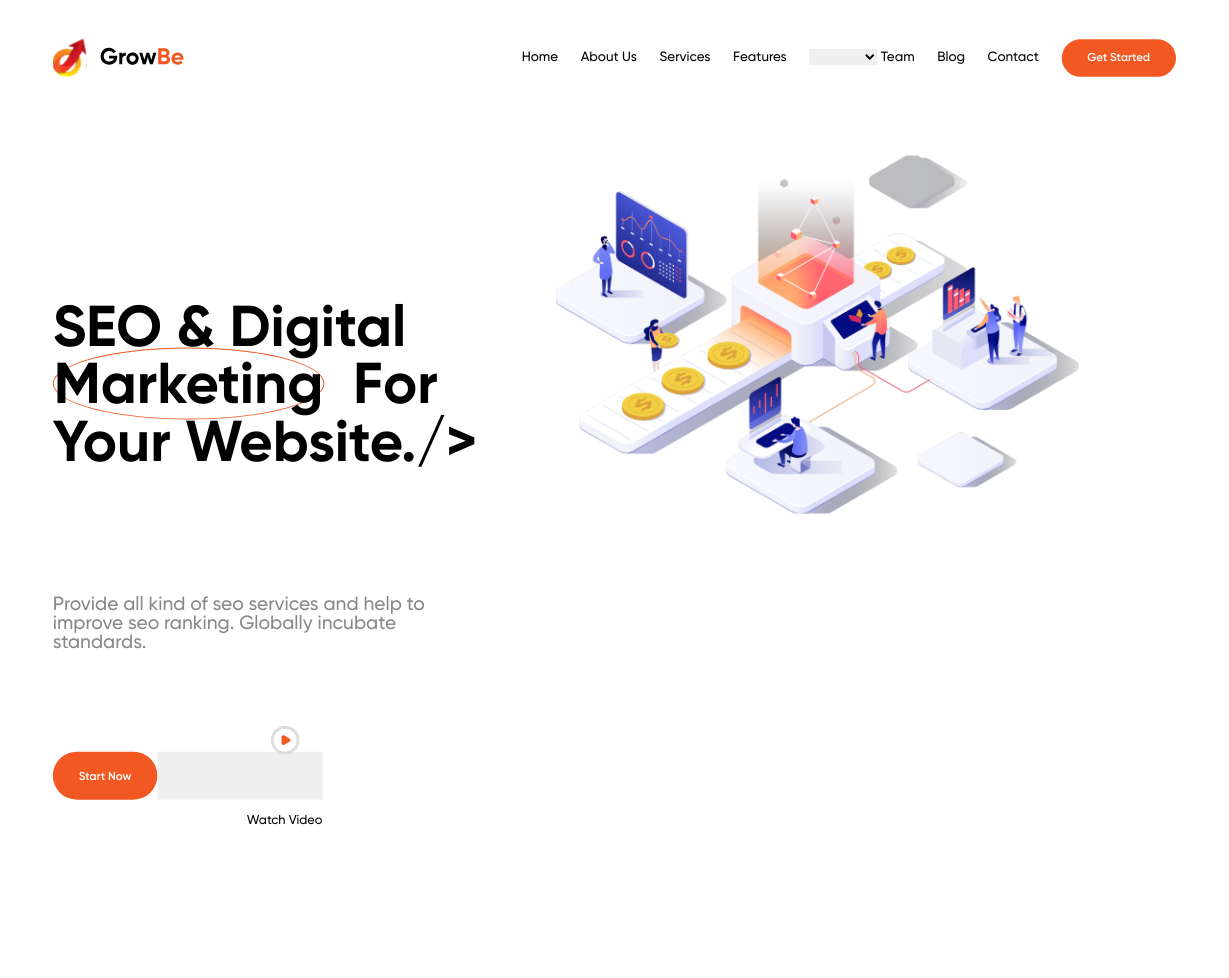
Repository: Alekseiy1980/GrowBe
Page: index.html
These files come from the project's save history. The page is drawn as it stood at one moment and after the next save; the edit follows.
The browser window is 1280 px wide. The pictures show the part of the page from y = 0 to 1019 px (the page is 1940 px tall), at 96% of full size.
A picture or video elsewhere on the page could not be fetched, so the positions and the page height are approximate.

Above is the page before, as saved 2024-01-21 14:21:03.

### index.html
<!DOCTYPE html>
<html lang="en">
<head>
    <meta charset="UTF-8">
    <meta name="viewport" content="width=device-width, initial-scale=1.0">

    <link rel="stylesheet" href="css/reset.css">
    <link rel="stylesheet" href="css/style.css">
    <title>GrowBe</title>
</head>
<body>
    <header>
        <div class="menu_bar">
            <div class="logo">
                <a class="logo-link" href="#">
                    <img src="/img/Logo.svg"  />
                </a>
            </div>
            <nav>
                <a class="menu menu_activ" href="@">Home</a>
                <a class="menu" href="@"> About Us</a>
                <a class="menu" href="@">Services</a>
                <label class="menu menu_label" for="pet-select">Features</label>
                    <select name="pets" id="pet-select">
                    <option value=""></option>
                    <option value="dog">Dog</option>
                    <option value="cat">Cat</option>
                    <option value="hamster">Hamster</option>
                    <option value="parrot">Parrot</option>
                    <option value="spider">Spider</option>
                    <option value="goldfish">Goldfish</option>
                    </select>

                <a class="menu" href="@">Team</a>
                <a class="menu" href="@">Blog</a>
                <a class="menu" href="@">Contact</a>
                <button class="btn_menu" type="button">Get Started</button>
            </nav>
        </div>


        <div class="home_meta">
            <div class="home_content">
                <div class="home_title">
                    <h1>SEO & Digital <span class="creat">Marketing</span>  For Your Website./>
                </div>
            <div class="sub_title">
                <p>Provide all kind of seo services and help to improve seo ranking. Globally incubate standards.</p>
            </div>
            <div class="btn_meta">
                <button class="btn_menu" type="button">Start Now</button>
                <button class="btn_video" type="button">
                    <div class="conteiner_btn">
                        <div class="comteiner_img">
                            <img class="btn_img"
                            src="img/play.svg"
                            alt="play"
                            />
                        </div>
                        <div class="comteiner_txt">
                            Watch Video
                        </div>
                    </div>

                    </button>
            </div>
            </div>
            <div class="home_img">
                <img  src="img/home_Image.png" alt="">
            </div>
        </div>
        <div class="brend">
            <a href="#" class="brebd_logo" ><img class="brebd_logo-img" src="img/1.svg" alt=""></a>
            <a href="#" class="brebd_logo" ><img class="brebd_logo-img" src="img/6.svg" alt=""></a>
            <a href="#" class="brebd_logo" ><img class="brebd_logo-img" src="img/3.svg" alt=""></a>
            <a href="#" class="brebd_logo" ><img class="brebd_logo-img" src="img/4.svg" alt=""></a>
            <a href="#" class="brebd_logo" ><img class="brebd_logo-img" src="img/5.svg" alt=""></a>
            <a href="#" class="brebd_logo" ><img class="brebd_logo-img" src="img/6.svg" alt=""></a>
        </div>
    </header>
</body>
</html>

### css/reset.css

* {
    padding: 0;
    margin: 0;
    border: 0;
}

*,
*::before,
*::after {
    -moz-box-sizing: border-box;
    -webkit-box-sizing: border-box;
    box-sizing: border-box;
}

:focus,
:active {
    outline: none;
}

a:focus,
a:active {
    outline: none;
}

nav,
footer,
header,
aside {
    display: block;
}

html,
body {
    height: 100%;
    width: 100%;
    font-size: 100%;
    line-height: 1;
    font-size: 14px;
    -ms-text-size-adjust: 100%;
    -moz-text-size-adjust: 100%;
    -webkit-text-size-adjust: 100%;
}

input,
button,
textarea {
    font-family: inherit;
}

input::-ms-clear {
    display: none;
}

button {
    cursor: pointer;
}

button::-moz-focus-inner {
    padding: 0;
    border: 0;
}

a,
a:visited {
    text-decoration: none;
}

a:hover {
    text-decoration: none;
}

ul li {
    list-style: none;
}

img {
    vertical-align: top;
}

h1,
h2,
h3,
h4,
h5,
h6 {
    font-size: inherit;
    font-weight: 400;
}

### css/style.css
@font-face {
	font-family: 'Gilroy-Bold';
	src: url(/fonts/Gilroy-Bold.ttf);
}


@font-face {
	font-family: 'Gilroy-Medium';
	src: url(/fonts/Gilroy-Medium.ttf);
}
@font-face{
    font-family: 'Gilroy_Regular';
    src: url(/fonts/Gilroy-Regular.ttf);
}

@font-face{
    font-family: 'Gilroy-SemiBold';
    src: url(/fonts/Gilroy-SemiBold.ttf);
}
body{
    font-family: Gilroy-Medium;
    font-size: 14px;
    font-weight: 400;
    background: #FFF;

}

header {
    width: 1170px;
    margin: 0 auto;
}


.menu_bar{
    display: flex;
    justify-content: space-between;
    align-items: center;
    margin-top: 40px;
    height: 40px;
}

.logo{
    width: 137px;

}

.menu{
    display: inline-block;
    color: #000;
    padding-top: 11px;
    padding-bottom: 12px;
    margin-right: 20px;

}

.menu:hover{
    color: #F25822;
    font-family: Gilroy-SemiBold;
}

.btn_menu{
    color: #FFF;
    font-family: Gilroy-SemiBold;
    font-size: 12px;
    border-radius: 30px;
    background: #F25822;
    padding:12px 27px 13px;
}

.btn_menu:hover{
    background: #f84504;
}


.home_meta{
    margin-top: 82px;
    margin-bottom:162px ;
    display: flex;
    width: 1170px;
}

.home_content{
    white-space: pre-wrap;
    width: 522px;
    margin-bottom: 17px;
    padding-right: 40px;

}

.home_title{
    color: #000;
    font-family: Gilroy-Bold;
    font-size: 60px;

}

.creat{
    border-radius: 50%;
    border: 1px solid #F25822;
    -webkit-border-radius: 50%;
    -moz-border-radius: 50%;
    -ms-border-radius: 50%;
    -o-border-radius: 50%;
}

.sub_title{
    color: #888;
    font-size: 20px;
    padding-right: 36px;
    margin-bottom: 37px;
}

.home_ing{
    width: 544px;
}
.btn_meta{
    display: flex;
    width: 302px;
    height: 50px;
}
.btn_video{
    display: flex;
    align-items: center;
}
.btn_img{
    height: 30px;
}

After the next save:
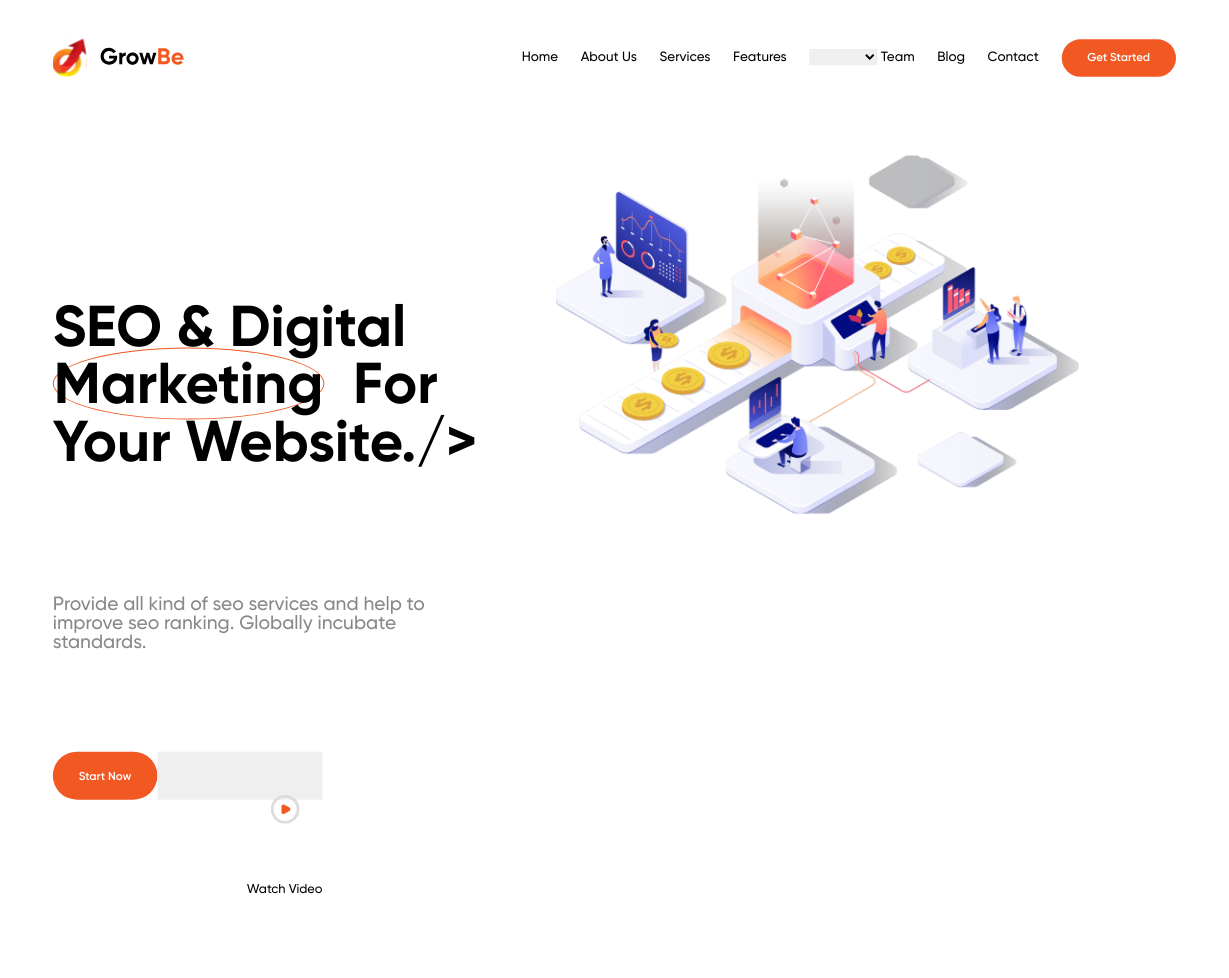
Saved 36 s later.
--- a/css/style.css
+++ b/css/style.css
@@ -120,7 +120,7 @@ header {
 }
 .btn_video{
     display: flex;
-    align-items: center;
+    align-content: center;
 }
 .btn_img{
     height: 30px;
